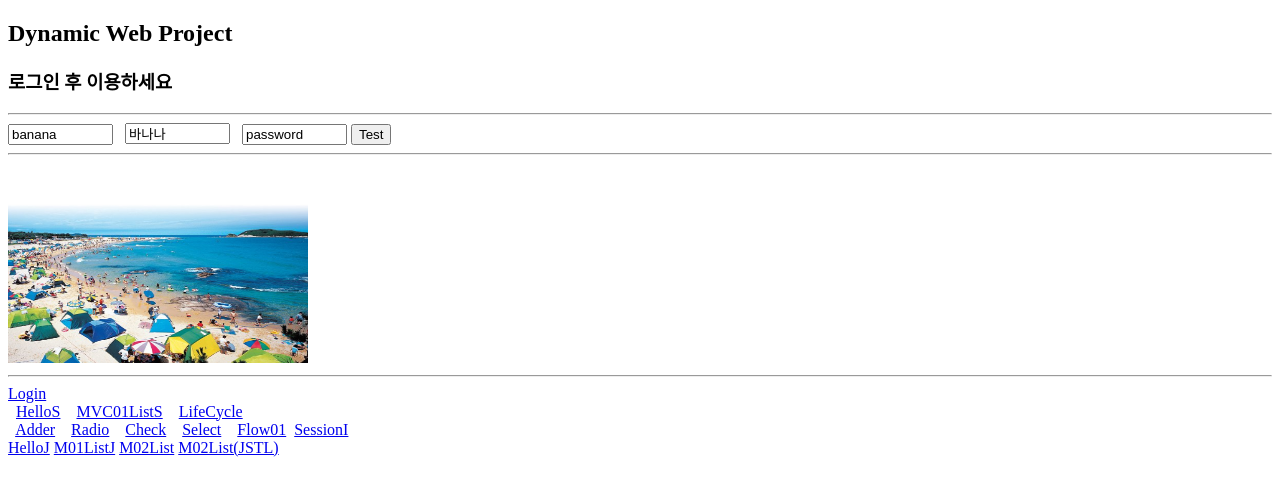
Repository: JYH94/JAVA
Page: http://localhost/web02/
These files come from the project's save history. The page is drawn as it stood at one moment and after the next save; the edit follows.
The browser window is 1280 px wide. The pictures show the whole page.
The page is served by Tomcat 9. Other server files are loaded and not shown.

Above is the page before, as saved 2024-01-18 05:38:11.

### web02/src/main/webapp/home.jsp
<%@ page language="java" contentType="text/html; charset=UTF-8"
	pageEncoding="UTF-8"%>

<%@ taglib uri="http://java.sun.com/jsp/jstl/core" prefix="c"%>
<!DOCTYPE html>
<html>
<head>
<meta charset="UTF-8">
<title>** home **</title>
</head>
<body>
	<h2>Dynamic Web Project</h2>
	<%-- <%
// Jsp 가 간편한 이유는 웹에서 필요한 기본 객체
// request, response, session, page, out 들을 객체화해서 제공해줌
	if(session.getAttribute("loginName") != null){ %>
		<h3><%=session.getAttribute("loginName")%>님 안녕하세요</h3>
<%	} else{ %>
		<h3> 로그인 후 이용하세요 </h3>
<%	}
%> --%>
	<c:choose>
		<c:when test="${sessionScope.loginName != null }">
			<h3>${sessionScope.loginName}님 안녕하세요</h3>
		</c:when>
		<c:otherwise>
			<h3>로그인 후 이용하세요</h3>
		</c:otherwise>
	</c:choose>
	<hr>
	<form action="getpost" method="get">
		<input type="text" name="id" value="banana" size="10"> &nbsp;
		<input type="text" name="name" value="바나나" size="10"> &nbsp; <input
			type="text" value="password" size="10"> <input type="submit"
			value="Test">
	</form>
	<hr>
	<!-- 경로 표기
	절대경로 : / 로 시작, 프로젝트명부터 시작
		/web01/images/letsgo.png
	상대경로 : 현재위치에서 시작
		./ 현재위치, ../ 상위 폴더로
		./images/lestgo.p
-->
	<img alt="" src="images/letsgo.png" width="300" height="200">
	<hr>


	<!-- 로그인 후 로그아웃버튼만 나오도록 -->


<%-- 	<c:choose>
		<c:when test="${sessionScope.loginName == null }">
			<a href="/web01/servletTestForm/flowEx04_LoginForm.jsp">Login</a>&nbsp;
			<a href="/web01/logout">Logout</a>
			<br>&nbsp;
	</c:when>
		<c:otherwise>
			<a href="/web01/logout">Logout</a>
			<br>&nbsp;
		</c:otherwise>
	</c:choose> --%>

	<%
		if(request.getSession().getAttribute("loginName") == null) {
	%>
			<a href="/web01/servletTestForm/flowEx04_LoginForm.jsp">Login</a>&nbsp;
			<br>&nbsp;
	<%	} else { %>
			<a href="/web01/detail2">Myinfo</a>
			<a href="/web01/logout">Logout</a>
			<br>&nbsp;
	<%	} %>

	<!-- <a href="/web01/servletTestForm/flowEx04_LoginForm.jsp">Login</a>&nbsp;
	<a href="/web01/logout">Logout</a><br>&nbsp; -->
	<a href="/web01/hello">HelloS</a>&nbsp; &nbsp;
	<a href="/web01/list">MVC01ListS</a>&nbsp; &nbsp;
	<a href="/web01/life">LifeCycle</a>
	<br> &nbsp;
	<a href="/web01/servletTestForm/form01_Adder.html">Adder</a>&nbsp;
	&nbsp;
	<a href="/web01/servletTestForm/form02_Radio.jsp">Radio</a>&nbsp;
	&nbsp;
	<a href="/web01/servletTestForm/form03_Check.jsp">Check</a>&nbsp;
	&nbsp;
	<a href="/web01/servletTestForm/form04_Select.jsp">Select</a>&nbsp;
	&nbsp;
	<a href="/web01/flow01">Flow01</a>&nbsp;
	<a href="/web01/sessioni">SessionI</a>
	<br>
	<a href="/web01/jsp01/ex01_HelloJsp.jsp">HelloJ</a>
	<a href="/web01/jsp01/ex02_mvc01List.jsp">M01ListJ</a>
	<a href="/web01/list2">M02List</a>
	<a href="/web01/list2j">M02List(JSTL)</a>
</body>
</html>

After the next save:
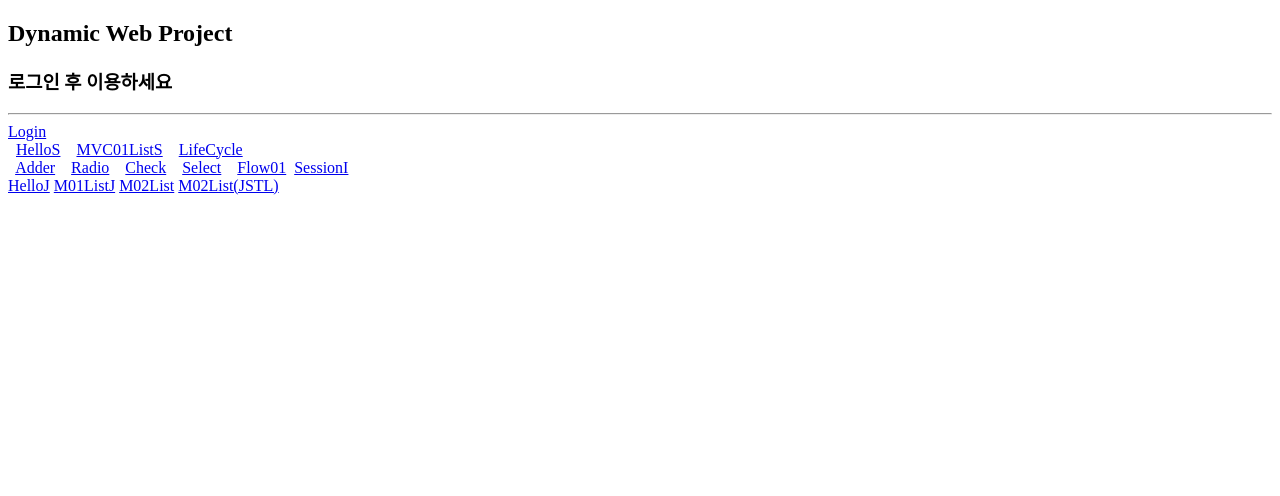
Saved 3 min 15 s later.
--- a/web02/src/main/webapp/home.jsp
+++ b/web02/src/main/webapp/home.jsp
@@ -6,19 +6,10 @@
 <html>
 <head>
 <meta charset="UTF-8">
-<title>** home **</title>
+<title>** Web02_MVC02 **</title>
 </head>
 <body>
 	<h2>Dynamic Web Project</h2>
-	<%-- <%
-// Jsp 가 간편한 이유는 웹에서 필요한 기본 객체
-// request, response, session, page, out 들을 객체화해서 제공해줌
-	if(session.getAttribute("loginName") != null){ %>
-		<h3><%=session.getAttribute("loginName")%>님 안녕하세요</h3>
-<%	} else{ %>
-		<h3> 로그인 후 이용하세요 </h3>
-<%	}
-%> --%>
 	<c:choose>
 		<c:when test="${sessionScope.loginName != null }">
 			<h3>${sessionScope.loginName}님 안녕하세요</h3>
@@ -28,38 +19,6 @@
 		</c:otherwise>
 	</c:choose>
 	<hr>
-	<form action="getpost" method="get">
-		<input type="text" name="id" value="banana" size="10"> &nbsp;
-		<input type="text" name="name" value="바나나" size="10"> &nbsp; <input
-			type="text" value="password" size="10"> <input type="submit"
-			value="Test">
-	</form>
-	<hr>
-	<!-- 경로 표기
-	절대경로 : / 로 시작, 프로젝트명부터 시작
-		/web01/images/letsgo.png
-	상대경로 : 현재위치에서 시작
-		./ 현재위치, ../ 상위 폴더로
-		./images/lestgo.p
--->
-	<img alt="" src="images/letsgo.png" width="300" height="200">
-	<hr>
-
-
-	<!-- 로그인 후 로그아웃버튼만 나오도록 -->
-
-
-<%-- 	<c:choose>
-		<c:when test="${sessionScope.loginName == null }">
-			<a href="/web01/servletTestForm/flowEx04_LoginForm.jsp">Login</a>&nbsp;
-			<a href="/web01/logout">Logout</a>
-			<br>&nbsp;
-	</c:when>
-		<c:otherwise>
-			<a href="/web01/logout">Logout</a>
-			<br>&nbsp;
-		</c:otherwise>
-	</c:choose> --%>
 
 	<%
 		if(request.getSession().getAttribute("loginName") == null) {
